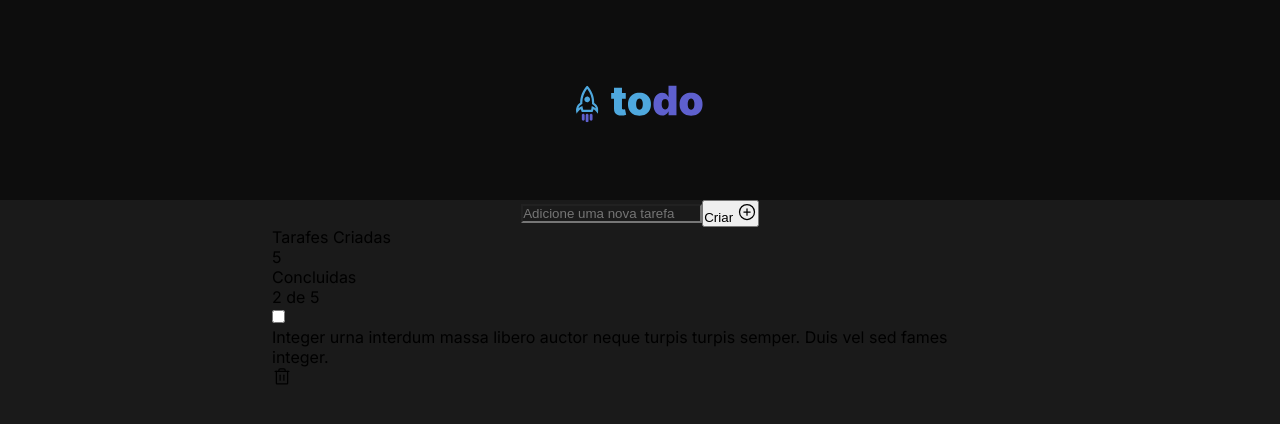
Repository: guilhermecardoso93/todolistreact
Page: /
These files come from the project's save history. The page is drawn as it stood at one moment and after the next save; the edit follows.
The browser window is 1280 px wide. The pictures show the whole page.
The project was rebuilt for these pictures with package versions that can differ from the ones it lists, and the page was loaded fresh each time. Also part of the build but not shown: vite.config.ts.

Above is the page before, as saved 2022-07-02 18:36:54.

### index.html
<!DOCTYPE html>
<html lang="en">
  <head>
    <meta charset="UTF-8" />
    <link rel="icon" type="image/svg+xml" href="/src/favicon.svg" />
    <link rel="preconnect" href="https://fonts.googleapis.com" />
    <link rel="preconnect" href="https://fonts.gstatic.com" crossorigin />
    <meta name="viewport" content="width=device-width, initial-scale=1.0" />
    <link
      href="https://fonts.googleapis.com/css2?family=Inter:wght@400;500;600&display=swap"
      rel="stylesheet"
    />
    <title>to do list</title>
  </head>
  <body>
    <div id="root"></div>
    <script type="module" src="/src/main.tsx"></script>
  </body>
</html>

### src/App.tsx
import "./global.css";
import { Header } from "./Header";
import { Tasks } from "./Tasks";

function App() {
  return (
    <>
      <Header />
      <div>
        <Tasks/>
      </div>
    </>
  );
}

export default App;

### src/global.css
:root {
  --white: #fff;

  --gray-100: #f2f2f2;
  --gray-100: #d9d9d9;
  --gray-300: #808080;
  --gray-400: #333333;
  --gray-500: #262626;
  --gray-600: #1a1a1a;
  --gray-700: #0d0d0d;

  --danger: #e25858;

  --purple: #828afa;
  --purple-dark: #5e60ce;

  --blue: #4ea8de;
  --blue-dark: #1e6f9f;
}

* {
  margin: 0;
  padding: 0;
  box-sizing: border-box;
}

body {
  -webkit-font-smoothing: antialiased;
  font-family: 'Inter', sans-serif;
  background: var(--gray-600);
}

### src/Header.tsx
import  Logo  from "./assets/logo.svg";

import styles from "./Header.module.css";

export function Header() {
  return (
    <header className={styles.header}>
      <img src={Logo} alt='logo' className={styles.logo}/>
    </header>
  );
}

### src/Tasks.tsx
import { Trash } from "phosphor-react";
import { TaskBar } from "./TasksBar";

import styles from "./Tasks.module.css";


export function Tasks() {
  return (
    <div className={styles.content}>
      <TaskBar/>
      <div>
        <div>
          <p>Tarafes Criadas</p>
          <p> 5 </p>
        </div>
        <div>
          <p>Concluidas</p>
          <p> 2 de 5 </p>
        </div>
        <div>
          <div>
            <div>
              <input type="checkbox" />
            </div>
            <div>
              {" "}
              <p>
                Integer urna interdum massa libero auctor neque turpis turpis
                semper. Duis vel sed fames integer.{" "}
              </p>
            </div>
            <div>
              {" "}
              <Trash size={20} />{" "}
            </div>
          </div>
        </div>
      </div>
    </div>
  );
}

### src/Header.module.css
.header {
  height: 12.5rem;
  background: var(--gray-700);
  display: flex;
  justify-content: center;
  align-items: center;
}

.logo {
  height: 4rem;
  width: 8rem;
}

### src/TasksBar.tsx
import { PlusCircle } from "phosphor-react";

import styles from "./TasksBar.module.css";

export function TaskBar() {
  return (
    <div className={styles.container}>
      <input type="text" placeholder="Adicione uma nova tarefa" />
      <button>
        {" "}
        Criar <PlusCircle size={20} />{" "}
      </button>
    </div>
  );
}

### src/Tasks.module.css
.content {
  display: flex;
  flex-direction: column;
  align-items: center;
  justify-content: space-between;
  margin: auto;

  width: 736px;
}

### src/TasksBar.module.css
.container {
  display: flex;
  align-items: center;
}

.container input {
  background: var(--grey-500);

}

Loaded but not shown: src/main.tsx (common file)

After the next save:
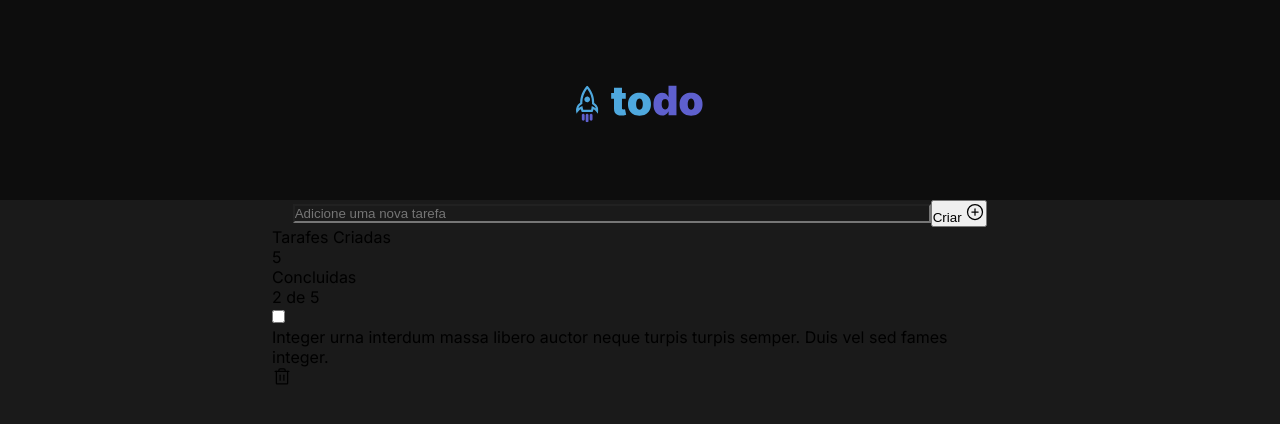
Saved 95 s later.
--- a/src/TasksBar.module.css
+++ b/src/TasksBar.module.css
@@ -5,5 +5,6 @@
 
 .container input {
   background: var(--grey-500);
+  width: 638px;
 
 }
